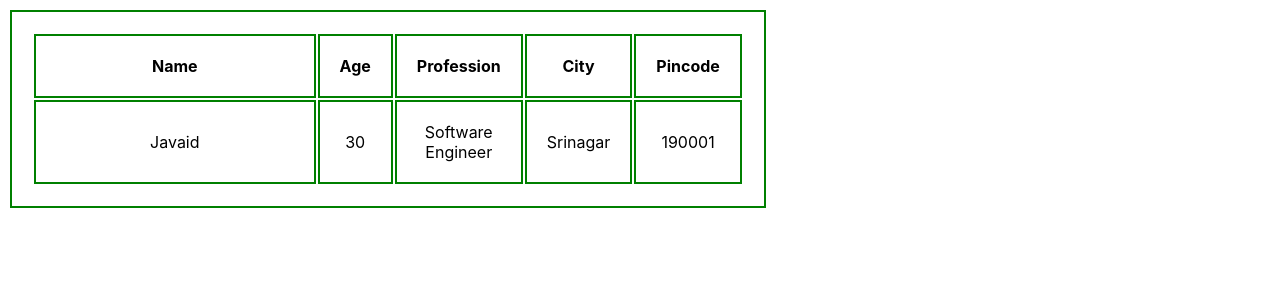
Repository: JavaidAhmadKhan/framer-motion-reacr
Page: /
An editor plug-in stored every save of this project. The page is shown before and after a run of saves, followed by the edit.
The browser window is 1280 px wide. The pictures show the whole page.
The project was rebuilt for these pictures with package versions that can differ from the ones it lists, and the page was loaded fresh each time.

Above is the page before, as saved 2022-05-19 17:52:46.

After the next 2 saves:
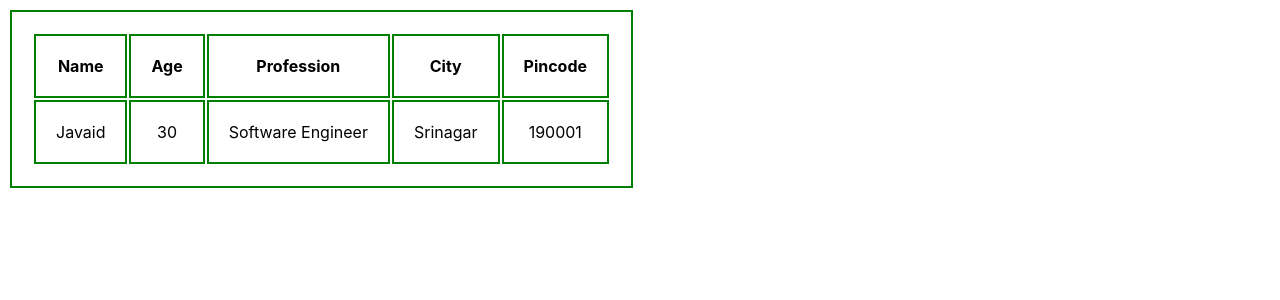
The 2 saves are shown as one change because they came seconds apart.
The last was saved 5 s later.
--- a/src/App.css
+++ b/src/App.css
@@ -1,6 +1,3 @@
-* {
-  width: 90%;
-}
 table,
 th,
 td {
